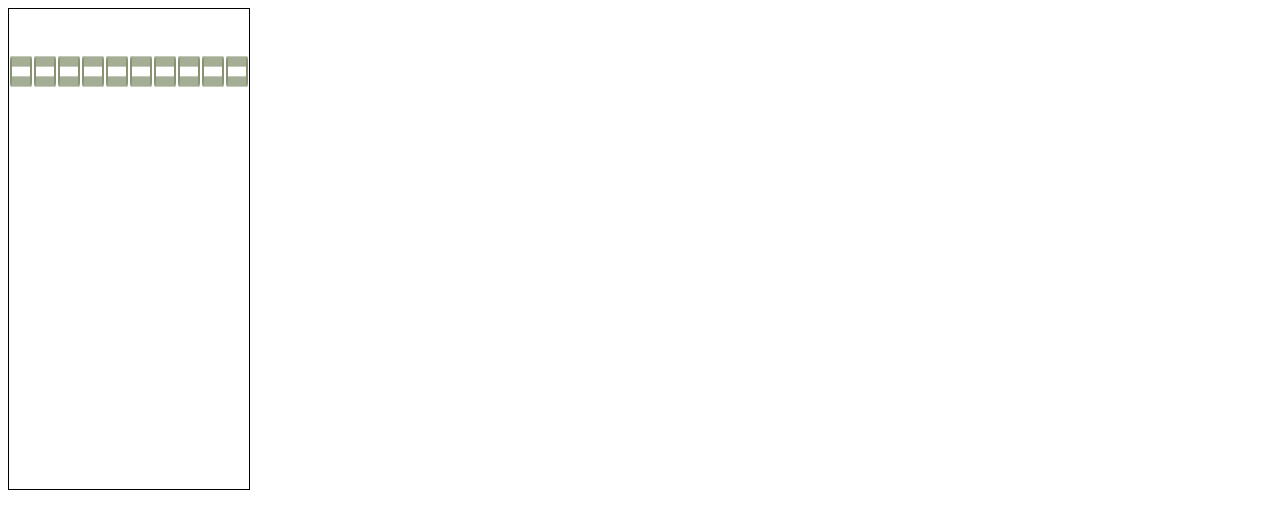
Repository: yzarc204/tetris-web
Page: index.html
An editor plug-in stored every save of this project. The page is shown before and after the next save, followed by the edit.
The browser window is 1280 px wide. The pictures show the whole page.

Above is the page before, as saved 2021-09-20 18:25:29.

After the next save:
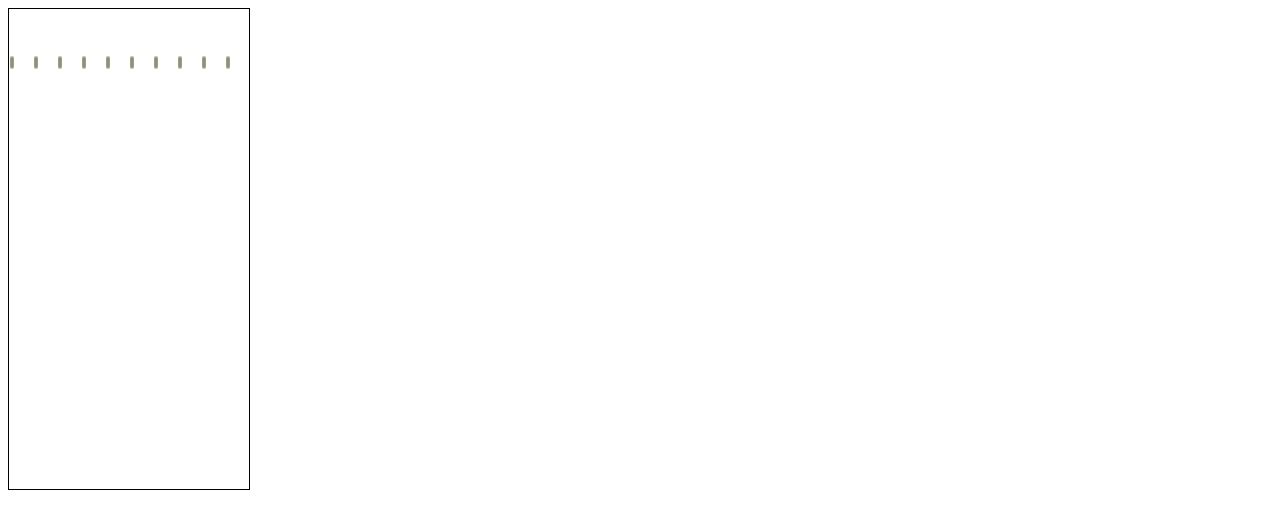
Saved 13 s later.
--- a/js/pixel.js
+++ b/js/pixel.js
@@ -11,6 +11,6 @@
     draw() {
         this.tetris.ctx.fillStyle = this.color;
         this.tetris.ctx.strokeStyle = this.color;
-        this.tetris.ctx.strokeRect(this.row*this.size+2, this.col+2*this.size, this.size-4, this.size-4);
+        this.tetris.ctx.strokeRect(this.row*this.size+2, this.col+2*this.size, 2, 2);
     }
 };

After the save that followed:
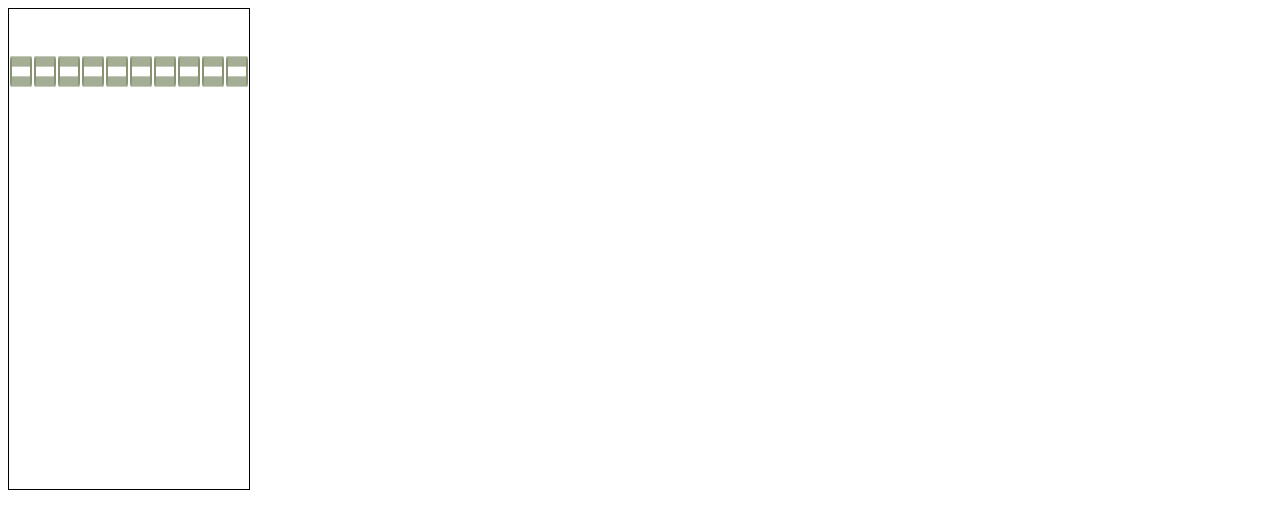
Saved 16 s later.
--- a/js/pixel.js
+++ b/js/pixel.js
@@ -11,6 +11,6 @@
     draw() {
         this.tetris.ctx.fillStyle = this.color;
         this.tetris.ctx.strokeStyle = this.color;
-        this.tetris.ctx.strokeRect(this.row*this.size+2, this.col+2*this.size, 2, 2);
+        this.tetris.ctx.strokeRect(this.row*this.size+2, this.col+2*this.size, this.size-4, this.size-4);
     }
 };
